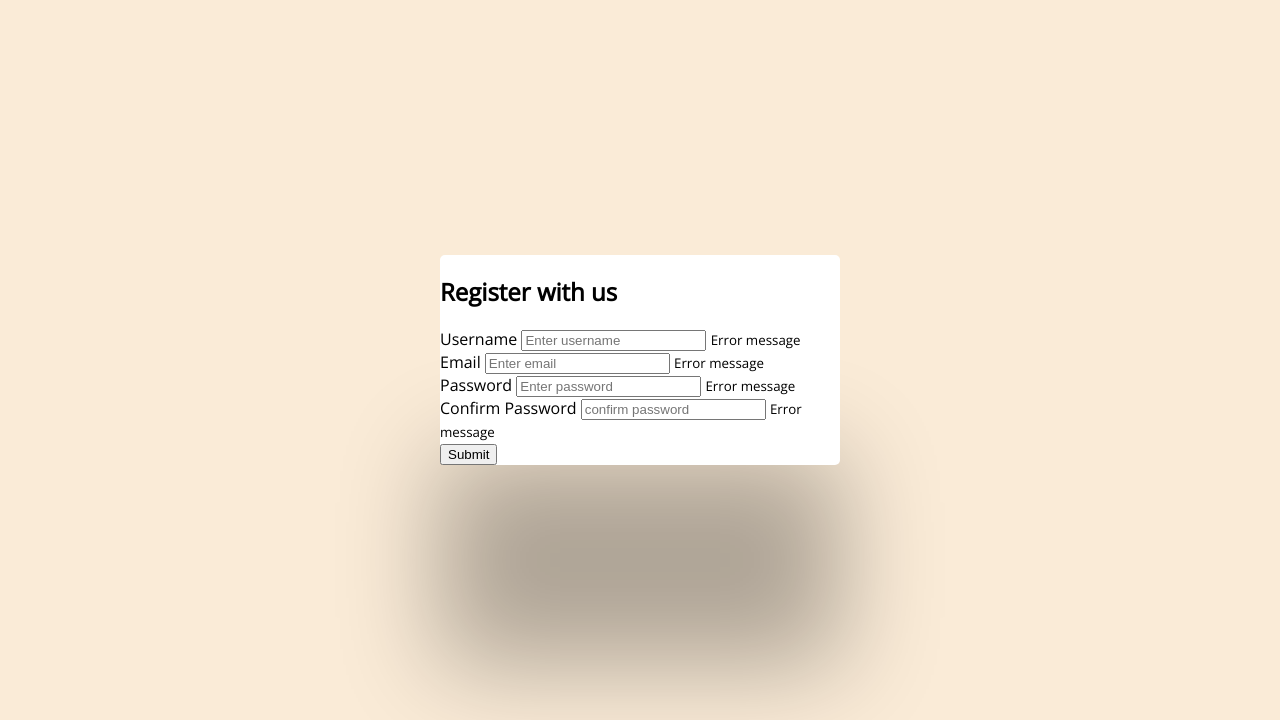
Repository: Azariagmt/Vanilla-javascript
Page: Form-Validator/index.html
The author's editor kept a copy of each file at every save. The page is drawn from the files as they stood at one save, then again after the next save.
The browser window is 1280 px wide. The pictures show the whole page.

Above is the page before, as saved 2020-04-20 09:36:20.

After the next save:
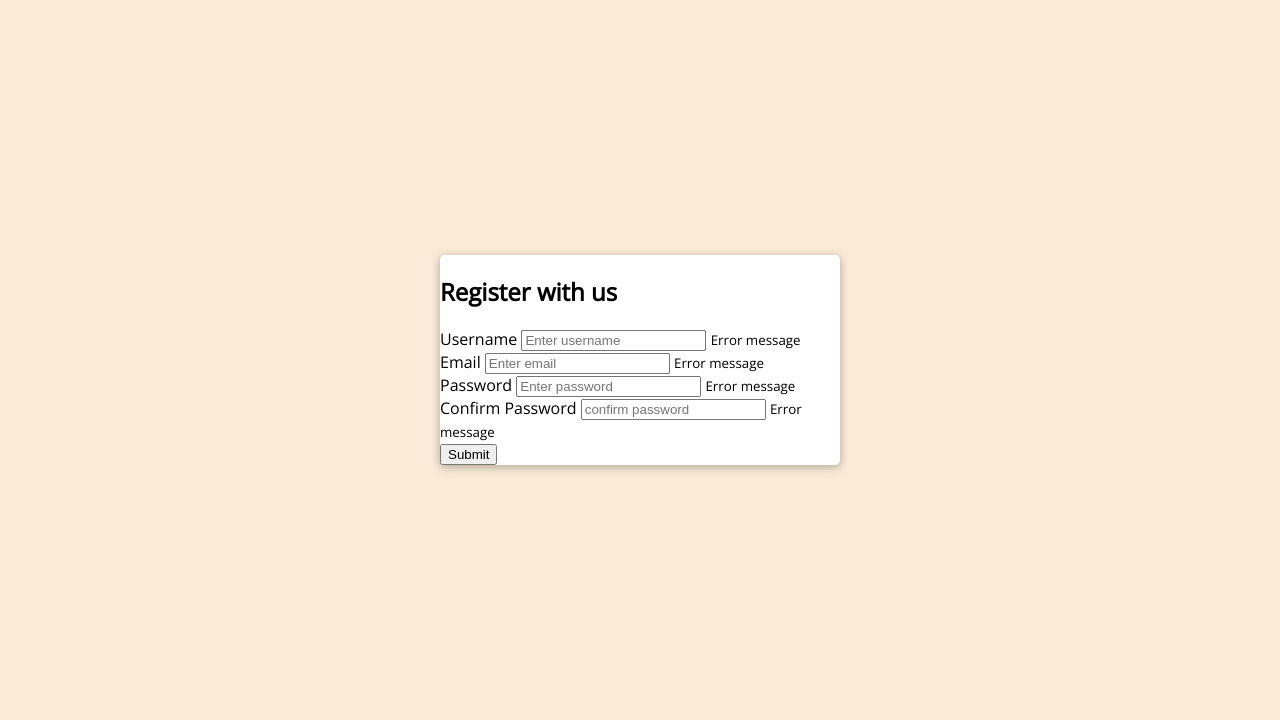
Saved 14 s later.
--- a/Form-Validator/style.css
+++ b/Form-Validator/style.css
@@ -17,6 +17,6 @@ body{
 .container{
     background-color:white;
     border-radius: 5px;
-    box-shadow: 0 200px 100px rgba(0, 0, 0, .3);
+    box-shadow: 0 2px 10px rgba(0, 0, 0, .3);
     width: 400px;
 }
